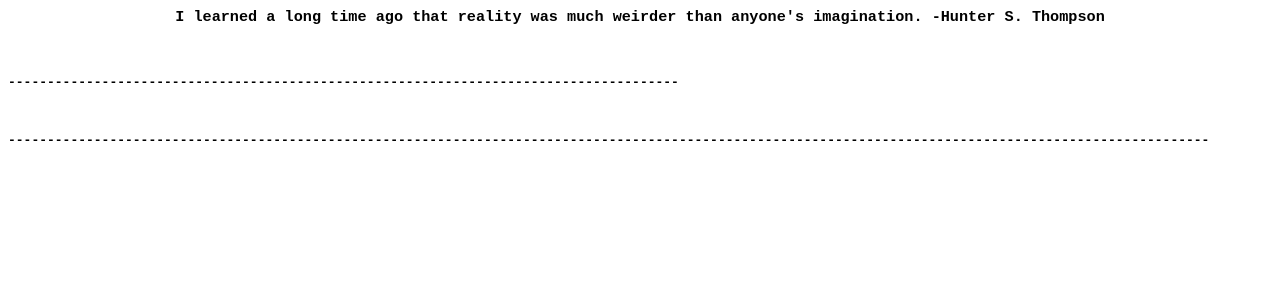
Repository: penas326/penas326.github.io
Page: composition/index.html
The author's editor kept a record of every edit. The page is drawn from the files as they stood at one moment, then again after the next edit.
The browser window is 1280 px wide. The pictures show the whole page.

Above is the page before.

### composition/index.html
  <html>

    <head>
        <title>Composition</title>
    </head>
        <strong><h3 align="center"><code>I learned a long time ago that reality was much weirder than anyone's imagination. -Hunter S. Thompson</h3>
    </body>
        <br>
        <h3 align="center"></h3><code>--------------------------------------------------------------------------------------</p>
        <br>
        <h3 align="center"></h3><code>----------------------------------------------------------------------------------------------------------------------------------------------------------</p>
        <br>

</html>

After the next edit:
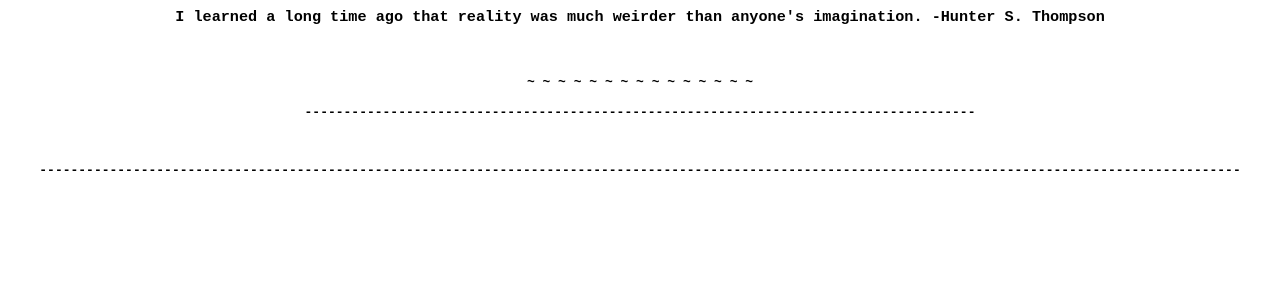
The edit:
--- a/composition/index.html
+++ b/composition/index.html
@@ -5,6 +5,10 @@
     </head>
         <strong><h3 align="center"><code>I learned a long time ago that reality was much weirder than anyone's imagination. -Hunter S. Thompson</h3>
     </body>
+            <center>
+        <br>
+        <br>
+        <strong>~ ~ ~ ~ ~ ~ ~ ~ ~ ~ ~ ~ ~ ~ ~</strong>
         <br>
         <h3 align="center"></h3><code>--------------------------------------------------------------------------------------</p>
         <br>
